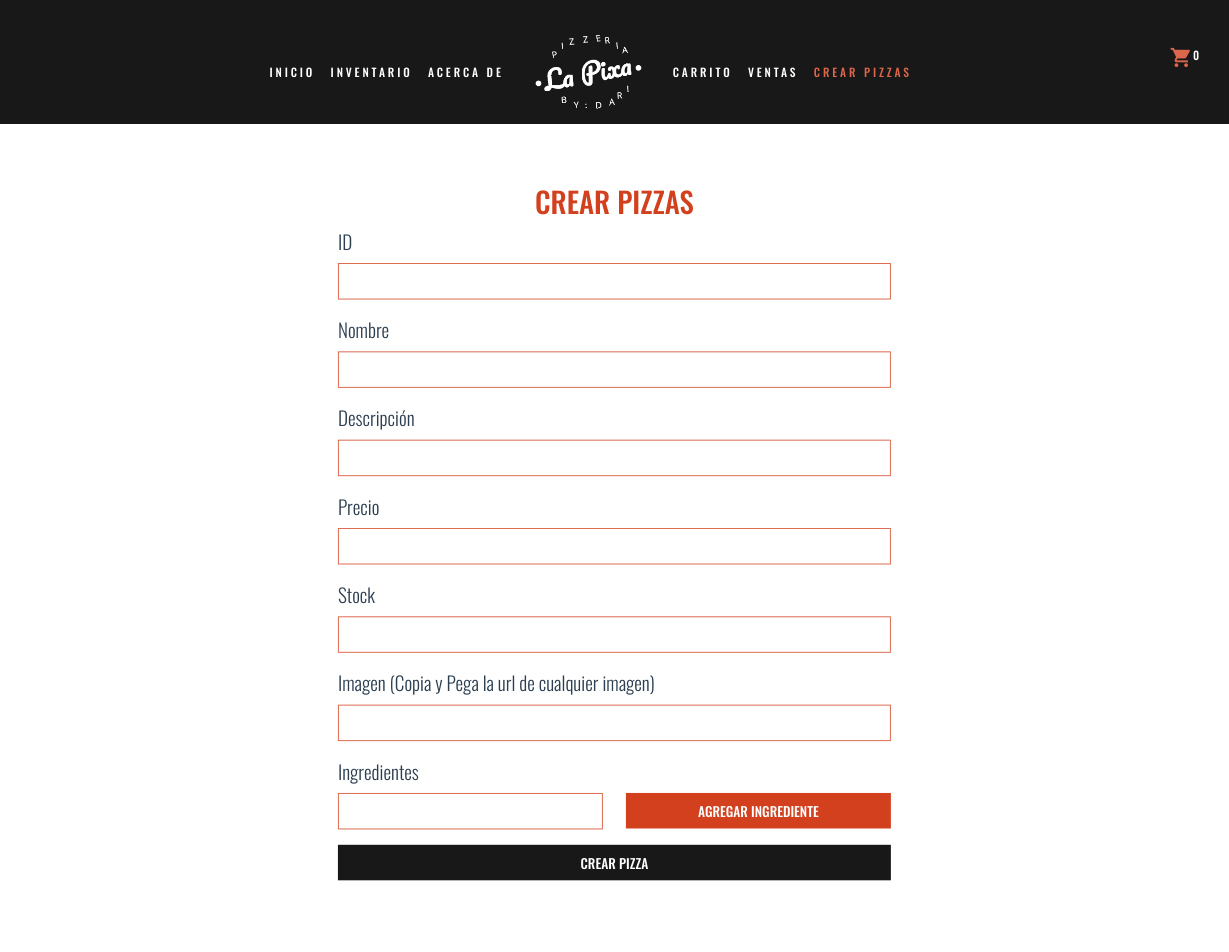
Repository: Darigo30/prueba-vue-dari-pizza
Page: /crearPizzas
An editor plug-in stored every save of this project. The page is shown before and after a run of saves, followed by the edit.
The browser window is 1280 px wide. The pictures show the whole page, at 96% of full size.
The project was rebuilt for these pictures with package versions that can differ from the ones it lists, and the page was loaded fresh each time. Also part of the build but not shown: src/views/Home.vue.

Above is the page before, as saved 2021-05-23 23:01:27.

After the next 2 saves:
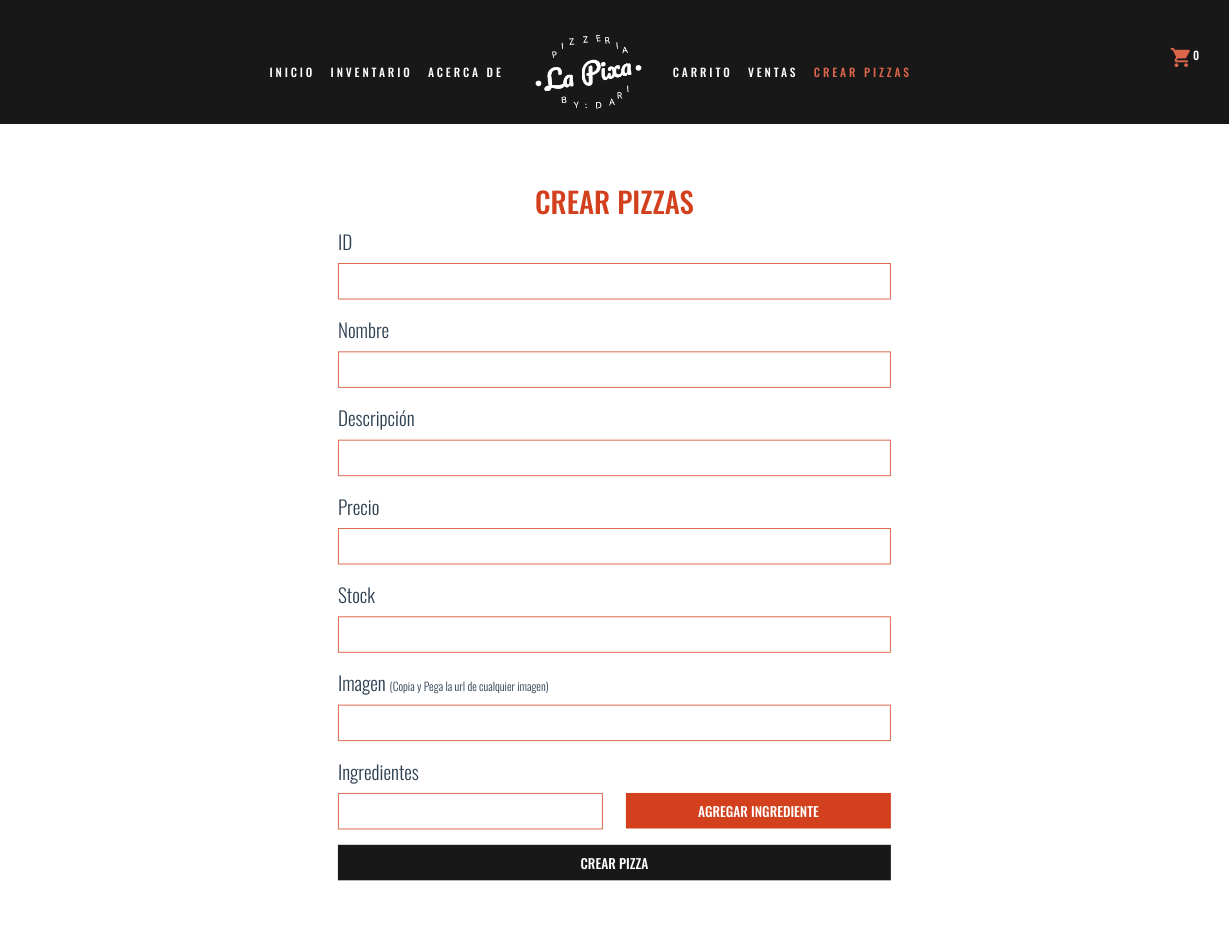
The 2 saves are shown as one change because they came seconds apart.
The last was saved 38 s later.
--- a/src/views/CrearPizzas.vue
+++ b/src/views/CrearPizzas.vue
@@ -136,6 +136,8 @@ h1{
     font-family: 'Oswald', sans-serif;
     margin: 10px 0;
 }
-
+span{
+    font-size: 12px;
+}
 
 </style>
